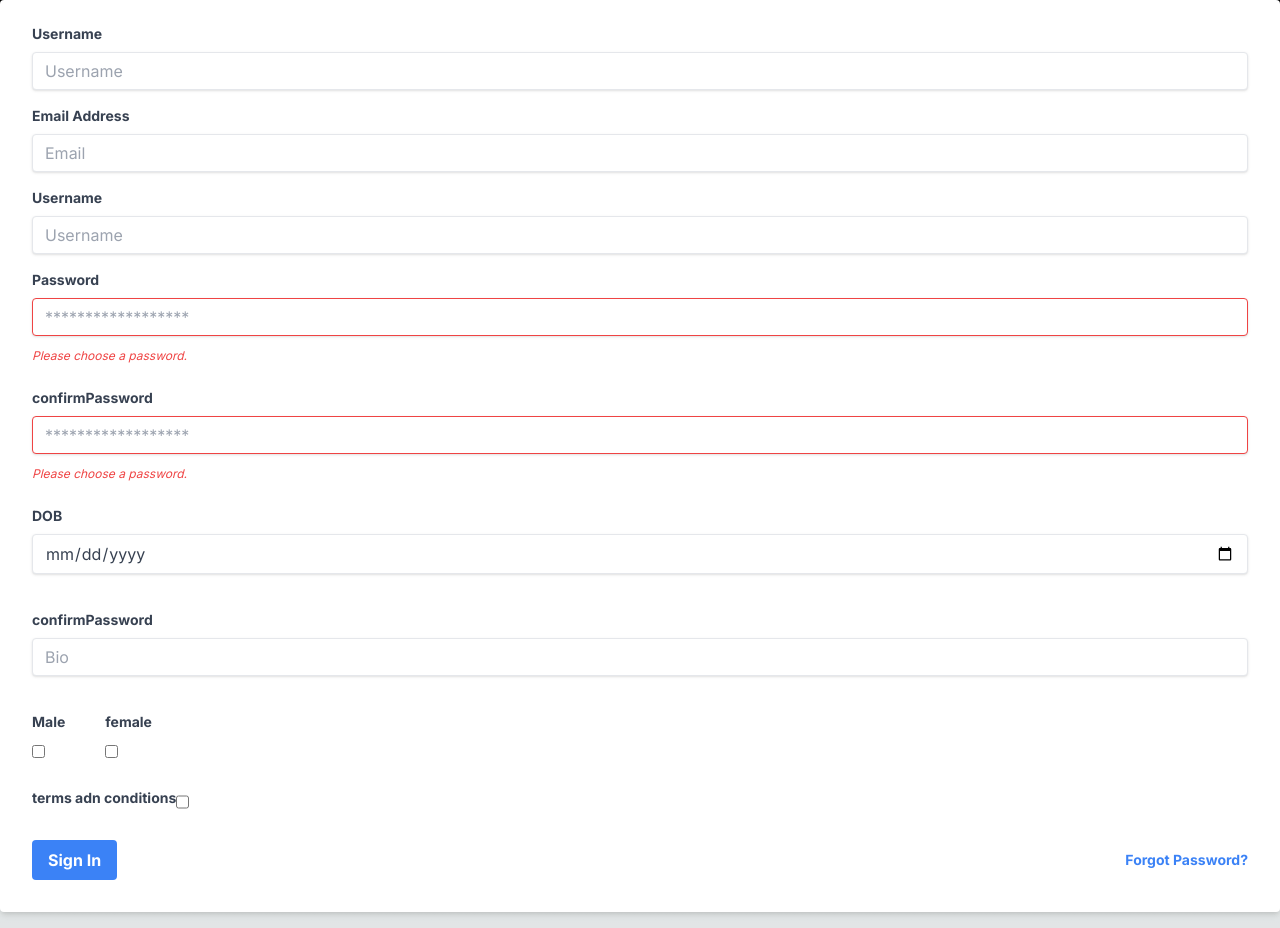
Repository: uh-sman/tiktok-card
Page: /
The author's editor kept a copy of each file at every save. The page is drawn from the files as they stood at one save, then again after the next save.
The browser window is 1280 px wide. The pictures show the whole page.
The project was rebuilt for these pictures with package versions that can differ from the ones it lists, and the page was loaded fresh each time. The framework's server and built-in components were replaced by stand-ins that run in the browser. Also part of the build but not shown: next.config.js.

Above is the page before, as saved 2023-12-19 12:24:06.

### app/page.tsx
'use client'
import Input from "./components/Input";
import { FieldValues, SubmitHandler, useForm } from "react-hook-form";
export default function Home() {
  // const { register, handleSubmit, reset } = useForm<FieldValues>({
  //   defaultValues: {
  //     Username: "",
  //     email: '',
  //     password: '',
  //     confirmPassword: '',
  //     DateOfBirth: '',
  //     Bio: '',
  //     gender: '',
  //     termsAndConditions: ''
  //   }
  // })

  // const onSubmit: SubmitHandler<FieldValues> = () => {

  // }

  return (
    <div className="bg-black h-screen w-screen">
      {/* <div className="flex justify-center"> */}
      <div className="flex justify-center  w-full flex-col">
      <form className="bg-white shadow-md rounded px-8 pt-6 pb-8 mb-4">
    <div className="mb-4">
      <label className="block text-gray-700 text-sm font-bold mb-2" htmlFor="username">
        Username
      </label>
      <Input onChange={() => {}} className="shadow appearance-none border rounded w-full py-2 px-3 text-gray-700 leading-tight focus:outline-none focus:shadow-outline" id="username" type="text" placeholder="Username" />
    </div>
    <div className="mb-4">
      <label className="block text-gray-700 text-sm font-bold mb-2" htmlFor="username">
        Email Address
      </label>
      <Input onChange={() => {}} className="shadow appearance-none border rounded w-full py-2 px-3 text-gray-700 leading-tight focus:outline-none focus:shadow-outline" id="email" type="email" placeholder="Email" />
    </div>
    <div className="mb-4">
      <label className="block text-gray-700 text-sm font-bold mb-2" htmlFor="username">
        Username
      </label>
      <Input onChange={() => {}} className="shadow appearance-none border rounded w-full py-2 px-3 text-gray-700 leading-tight focus:outline-none focus:shadow-outline" id="username" type="text" placeholder="Username" />
    </div>
    <div className="mb-6">
      <label className="block text-gray-700 text-sm font-bold mb-2" htmlFor="password">
        Password
      </label>
      <Input onChange={() => {}} className="shadow appearance-none border border-red-500 rounded w-full py-2 px-3 text-gray-700 mb-3 leading-tight focus:outline-none focus:shadow-outline" id="password" type="password" placeholder="******************" />
      <p className="text-red-500 text-xs italic">Please choose a password.</p>
    </div>
    <div className="mb-6">
      <label className="block text-gray-700 text-sm font-bold mb-2" htmlFor="password">
        confirmPassword
      </label>
      <Input onChange={() => {}} className="shadow appearance-none border border-red-500 rounded w-full py-2 px-3 text-gray-700 mb-3 leading-tight focus:outline-none focus:shadow-outline" id="confirmPassword" type="password" placeholder="******************" />
      <p className="text-red-500 text-xs italic">Please choose a password.</p>
    </div>
    <div className="mb-6">
      <label className="block text-gray-700 text-sm font-bold mb-2" htmlFor="password">
        DOB
      </label>
      <Input onChange={() => {}} className="shadow appearance-none border rounded w-full py-2 px-3 text-gray-700 mb-3 leading-tight focus:outline-none focus:shadow-outline" id="DateOfBirth" type="date" placeholder="DOB" />
      {/* <p className="text-red-500 text-xs italic">Please confirm your password.</p> */}
    </div>
    <div className="mb-6">
      <label className="block text-gray-700 text-sm font-bold mb-2" htmlFor="password">
        confirmPassword
      </label>
      <Input onChange={() => {}} className="shadow appearance-none border rounded w-full py-2 px-3 text-gray-700 mb-3 leading-tight focus:outline-none focus:shadow-outline" id="Bio" type="text" placeholder="Bio" />
      {/* <p className="text-red-500 text-xs italic">Please confirm your password.</p> */}
    </div>
    <div className="mb-6">
      <div className="flex gap-10">
        <div className="">
        <label className="block text-gray-700 text-sm font-bold mb-2" htmlFor="gender">
        Male
      </label>
      <Input onChange={() => {}} className="" id="male" type="checkbox" placeholder="male" />
        </div>
        <div className="">
          <label className="block text-gray-700 text-sm font-bold mb-2" htmlFor="gender">
            female
          </label>
      <Input className="" onChange={() => {}}  id="female" type="checkbox" placeholder="female" />
        </div>
      </div>
    </div>
    <div className="mb-6 flex">
      <label className="block text-gray-700 text-sm font-bold mb-2" htmlFor="password">
        terms adn conditions
      </label>
      <Input onChange={() => {}} className="" id="terms" type="checkbox" placeholder="terms and conditions" />
      {/* <p className="text-red-500 text-xs italic">Please confirm your password.</p> */}
    </div>
    <div className="flex items-center justify-between">
      <button className="bg-blue-500 hover:bg-blue-700 text-white font-bold py-2 px-4 rounded focus:outline-none focus:shadow-outline" type="button">
        Sign In
      </button>
      <a className="inline-block align-baseline font-bold text-sm text-blue-500 hover:text-blue-800" href="#">
        Forgot Password?
      </a>
    </div>
  </form>

      </div>
      {/* </div> */}
    </div>
  );
}



{/* <form class="max-w-sm mx-auto">
  <div class="mb-5">
    <label for="email" class="block mb-2 text-sm font-medium text-gray-900 dark:text-white">Your email</label>
    <input type="email" id="email" class="bg-gray-50 border border-gray-300 text-gray-900 text-sm rounded-lg focus:ring-blue-500 focus:border-blue-500 block w-full p-2.5 dark:bg-gray-700 dark:border-gray-600 dark:placeholder-gray-400 dark:text-white dark:focus:ring-blue-500 dark:focus:border-blue-500" placeholder="name@flowbite.com" required>
  </div>
  <div class="mb-5">
    <label for="password" class="block mb-2 text-sm font-medium text-gray-900 dark:text-white">Your password</label>
    <input type="password" id="password" class="bg-gray-50 border border-gray-300 text-gray-900 text-sm rounded-lg focus:ring-blue-500 focus:border-blue-500 block w-full p-2.5 dark:bg-gray-700 dark:border-gray-600 dark:placeholder-gray-400 dark:text-white dark:focus:ring-blue-500 dark:focus:border-blue-500" required>
  </div>
  <div class="flex items-start mb-5">
    <div class="flex items-center h-5">
      <input id="remember" type="checkbox" value="" class="w-4 h-4 border border-gray-300 rounded bg-gray-50 focus:ring-3 focus:ring-blue-300 dark:bg-gray-700 dark:border-gray-600 dark:focus:ring-blue-600 dark:ring-offset-gray-800 dark:focus:ring-offset-gray-800" required>
    </div>
    <label for="remember" class="ms-2 text-sm font-medium text-gray-900 dark:text-gray-300">Remember me</label>
  </div>
  <button type="submit" class="text-white bg-blue-700 hover:bg-blue-800 focus:ring-4 focus:outline-none focus:ring-blue-300 font-medium rounded-lg text-sm w-full sm:w-auto px-5 py-2.5 text-center dark:bg-blue-600 dark:hover:bg-blue-700 dark:focus:ring-blue-800">Submit</button>
</form> */}

### app/components/Input.tsx

type InputType = "text" | "password" | "file" | "email" | 'date' | 'checkbox' | "radio"

interface InputProps {
    id: string;
    className: string;
    placeholder: string;
    type: InputType;
    onChange: (value: string, file?: File ) => void;
}

const Input: React.FC<InputProps> = ({
    id,
    className,
    placeholder,
    type,
    onChange
}) => {
    const handleChange = (event: React.ChangeEvent<HTMLInputElement>) => {
        const { value, files } = event.target;
        if (type === 'file' && files) {
            onChange(value, files[0]);
        } else {
            onChange(value);
        }
    };

    return (
        <input
            id={id}
            className={className}
            placeholder={placeholder}
            type={type}
            onChange={handleChange}
        />
    );
};


export default Input;

Loaded but not shown: app/layout.tsx (common file); app/globals.css (common file); tailwind.config.ts (common file)

After the next save:
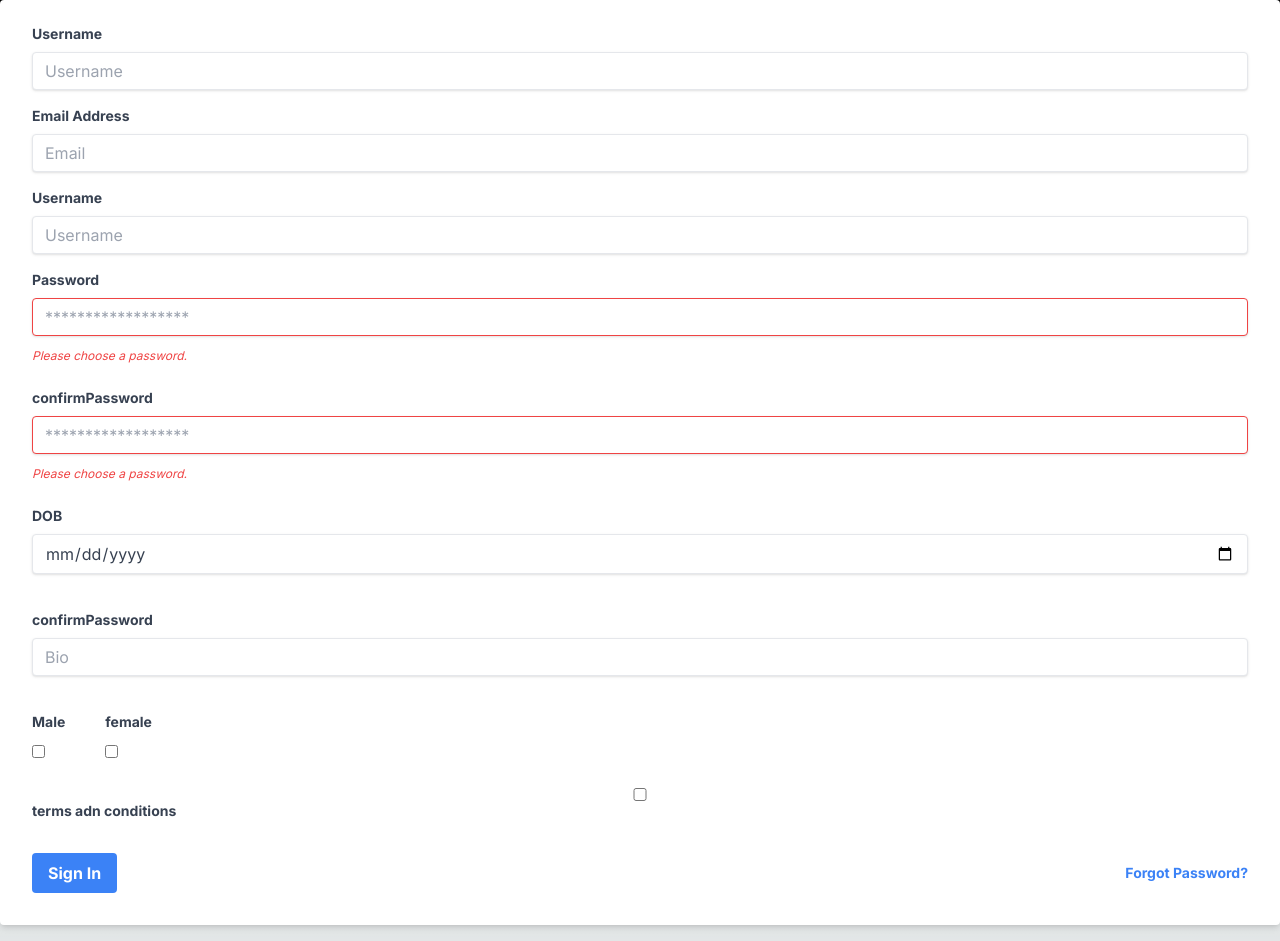
Saved 12 s later.
--- a/app/page.tsx
+++ b/app/page.tsx
@@ -86,7 +86,7 @@ export default function Home() {
         </div>
       </div>
     </div>
-    <div className="mb-6 flex">
+    <div className="mb-6 flex flex-col-reverse">
       <label className="block text-gray-700 text-sm font-bold mb-2" htmlFor="password">
         terms adn conditions
       </label>
